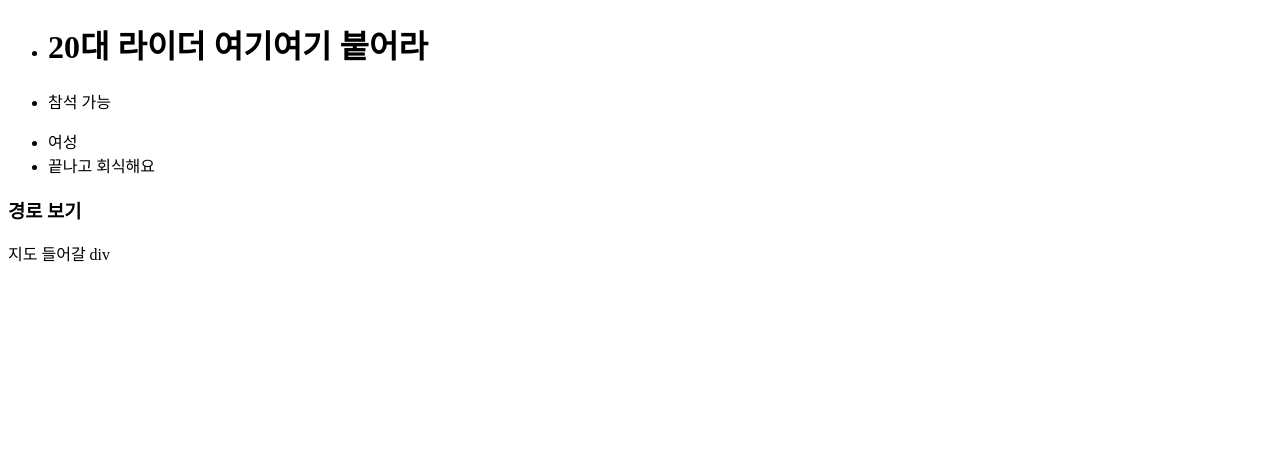
Repository: onpul/TEAM1
Page: http://localhost/Riding/mj/RidingDetail.jsp
These files come from the project's save history. The page is drawn as it stood at one moment and after the next save; the edit follows.
The browser window is 1280 px wide. The pictures show the whole page.
The page is served by Tomcat 9.

Above is the page before, as saved 2022-06-04 10:54:21.

After the next save:
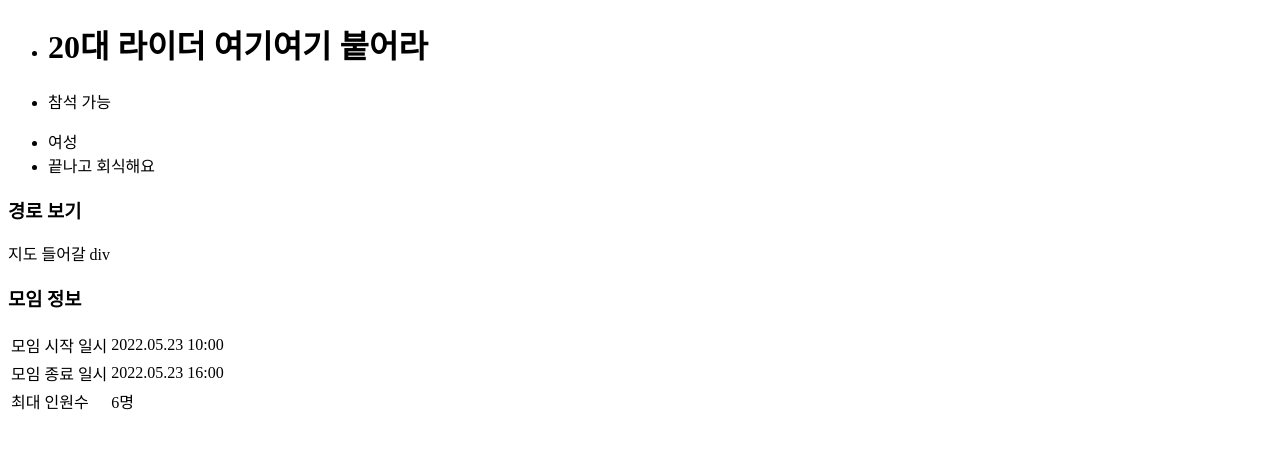
Saved 85 s later.
--- a/Riding/WebContent/mj/RidingDetail.jsp
+++ b/Riding/WebContent/mj/RidingDetail.jsp
@@ -24,6 +24,24 @@
 		<h3>경로 보기</h3>
 		<div>지도 들어갈 div</div>
 	</div>
+
+	<div>
+		<h3>모임 정보</h3>
+		<table>
+			<tr>
+				<td>모임 시작 일시</td>
+				<td>2022.05.23 10:00</td>
+			</tr>
+			<tr>
+				<td>모임 종료 일시</td>
+				<td>2022.05.23 16:00</td>
+			</tr>
+			<tr>
+				<td>최대 인원수</td>
+				<td>6명</td>
+			</tr>
+		</table>
+	</div>
 </div>
 </body>
 </html>
